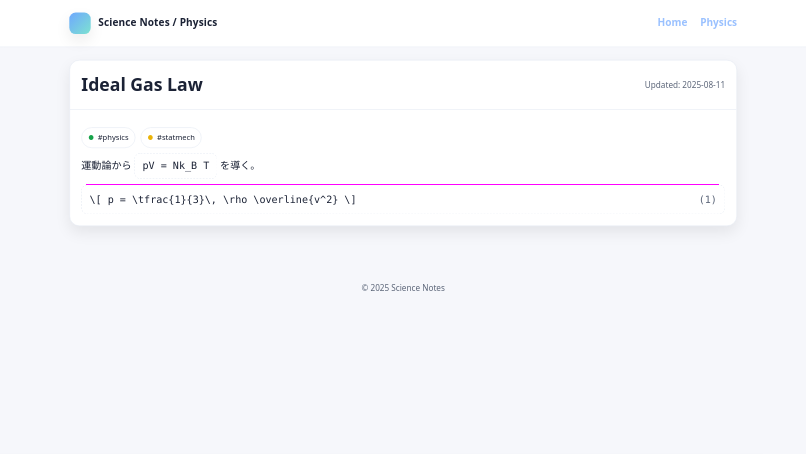
Repository: Riki-Mochimaru/tureduretunedune
Page: physics/index.html
These files come from the project's save history. The page is drawn as it stood at one moment and after the next save; the edit follows.
The browser window is 1280 px wide. The pictures show the whole page, at 63% of full size.

Above is the page before, as saved 2025-08-11 20:01:12.

After the next save:
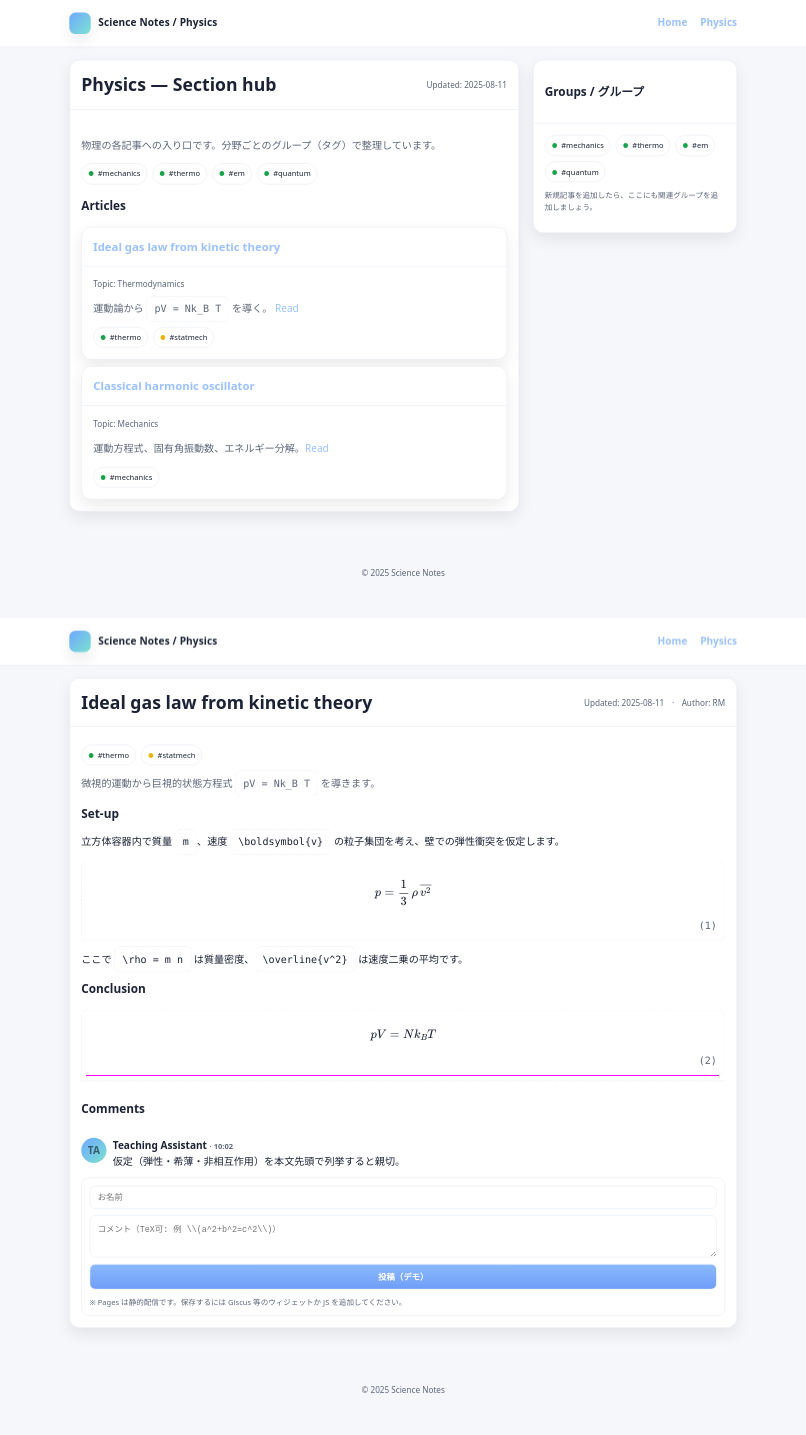
Console error (its wording comes from the project's code and is left out).
Saved 7 min 46 s later.
--- a/physics/index.html
+++ b/physics/index.html
@@ -1,10 +1,15 @@
+<!-- ===============================
+     FILE 1: physics/index.html — Physics section hub
+     Save this as: /physics/index.html
+     (American English in code comments; British English in visible prose.)
+================================== -->
 <!DOCTYPE html>
 <html lang="ja">
 <head>
   <meta charset="utf-8" />
   <meta name="viewport" content="width=device-width, initial-scale=1" />
   <title>Physics — Science Notes</title>
-  <link rel="stylesheet" href="../assets/styles.css"><!-- 親に戻るので ../ -->
+  <link rel="stylesheet" href="../assets/styles.css"><!-- shared CSS -->
 </head>
 <body>
   <header class="site">
@@ -18,26 +23,143 @@
   </header>
 
   <main class="shell">
+    <section class="grid" aria-label="Physics articles and sidebar">
+      <div>
+        <article class="card post">
+          <div class="hd">
+            <h2>Physics — Section hub</h2>
+            <div class="meta"><span>Updated: <time datetime="2025-08-11">2025‑08‑11</time></span></div>
+          </div>
+          <div class="bd">
+            <p class="lead">物理の各記事への入り口です。分野ごとのグループ（タグ）で整理しています。</p>
+            <div class="tags">
+              <span class="tag" data-g="phys">#mechanics</span>
+              <span class="tag" data-g="phys">#thermo</span>
+              <span class="tag" data-g="phys">#em</span>
+              <span class="tag" data-g="phys">#quantum</span>
+            </div>
+
+            <!-- Article list (add more <article> blocks or <li> items) -->
+            <h3>Articles</h3>
+            <div class="list">
+              <article class="card">
+                <div class="hd"><h2 style="font-size:18px; margin:0;">
+                  <a href="ideal-gas-law/">Ideal gas law from kinetic theory</a>
+                </h2></div>
+                <div class="bd">
+                  <div class="meta"><span>Topic: Thermodynamics</span></div>
+                  <p class="lead">運動論から <span class="math">pV = Nk_B T</span> を導く。
+                    <a href="ideal-gas-law/">Read</a></p>
+                  <div class="tags"><span class="tag" data-g="phys">#thermo</span><span class="tag" data-g="stats">#statmech</span></div>
+                </div>
+              </article>
+
+              <article class="card">
+                <div class="hd"><h2 style="font-size:18px; margin:0;">
+                  <a href="harmonic-oscillator/">Classical harmonic oscillator</a>
+                </h2></div>
+                <div class="bd">
+                  <div class="meta"><span>Topic: Mechanics</span></div>
+                  <p class="lead">運動方程式、固有角振動数、エネルギー分解。<a href="harmonic-oscillator/">Read</a></p>
+                  <div class="tags"><span class="tag" data-g="phys">#mechanics</span></div>
+                </div>
+              </article>
+            </div>
+          </div>
+        </article>
+      </div>
+
+      <aside class="aside">
+        <section class="card">
+          <div class="hd"><h3>Groups / グループ</h3></div>
+          <div class="bd">
+            <div class="tags">
+              <span class="tag" data-g="phys">#mechanics</span>
+              <span class="tag" data-g="phys">#thermo</span>
+              <span class="tag" data-g="phys">#em</span>
+              <span class="tag" data-g="phys">#quantum</span>
+            </div>
+            <p class="hint">新規記事を追加したら、ここにも関連グループを追加しましょう。</p>
+          </div>
+        </section>
+      </aside>
+    </section>
+  </main>
+
+  <footer class="site"><div class="shell">© 2025 Science Notes</div></footer>
+
+  <!-- MathJax (enable TeX rendering if you use TeX on this page) -->
+  <script>
+    window.MathJax = { tex: { inlineMath: [['$','$'], ['\\(','\\)']], displayMath: [['$$','$$'], ['\\[','\\]']] }, options: { renderActions: { addMenu: [] } } };
+  </script>
+  <script src="https://cdn.jsdelivr.net/npm/mathjax@3/es5/tex-mml-chtml.js" async></script>
+</body>
+</html>
+
+
+<!-- ===============================
+     FILE 2: physics/ideal-gas-law/index.html — Example physics article
+     Save this as: /physics/ideal-gas-law/index.html
+================================== -->
+<!DOCTYPE html>
+<html lang="ja">
+<head>
+  <meta charset="utf-8" />
+  <meta name="viewport" content="width=device-width, initial-scale=1" />
+  <title>Ideal Gas Law — Physics — Science Notes</title>
+  <link rel="stylesheet" href="../../assets/styles.css"><!-- note the two-level path -->
+</head>
+<body>
+  <header class="site">
+    <div class="shell row">
+      <div class="brand"><div class="brand-badge"></div><div>Science Notes / Physics</div></div>
+      <nav>
+        <a href="../../">Home</a>
+        <a href="../">Physics</a>
+      </nav>
+    </div>
+  </header>
+
+  <main class="shell">
     <article class="card post">
       <div class="hd">
-        <h2>Ideal Gas Law</h2>
-        <div class="meta"><span>Updated: <time datetime="2025-08-11">2025-08-11</time></span></div>
+        <h2>Ideal gas law from kinetic theory</h2>
+        <div class="meta"><span>Updated: <time datetime="2025-08-11">2025‑08‑11</time></span> · <span>Author: RM</span></div>
       </div>
       <div class="bd">
-        <div class="tags"><span class="tag" data-g="phys">#physics</span><span class="tag" data-g="stats">#statmech</span></div>
-        <p>運動論から <span class="math">pV = Nk_B T</span> を導く。</p>
-        <div class="math">\\[ p = \\tfrac{1}{3}\\, \\rho \\overline{v^2} \\] <span class="eqno">(1)</span></div>
+        <div class="tags"><span class="tag" data-g="phys">#thermo</span><span class="tag" data-g="stats">#statmech</span></div>
+        <p class="lead">微視的運動から巨視的状態方程式 <span class="math">pV = Nk_B T</span> を導きます。</p>
+
+        <h3>Set‑up</h3>
+        <p>立方体容器内で質量 <span class="math">m</span>、速度 <span class="math">\boldsymbol{v}</span> の粒子集団を考え、壁での弾性衝突を仮定します。</p>
+
+        <div class="math">\[ p = \frac{1}{3}\, \rho \, \overline{v^2} \] <span class="eqno">(1)</span></div>
+        <p>ここで <span class="math">\rho = m n</span> は質量密度、<span class="math">\overline{v^2}</span> は速度二乗の平均です。</p>
+
+        <h3>Conclusion</h3>
+        <div class="math">\[ pV = N k_B T \] <span class="eqno">(2)</span></div>
+
+        <!-- Optional comment widget area (swap your local UI or add Giscus) -->
+        <section class="comments">
+          <h3>Comments</h3>
+          <div class="comment"><div class="avatar">TA</div><div><div class="who">Teaching Assistant <span class="when">· 10:02</span></div><div>仮定（弾性・希薄・非相互作用）を本文先頭で列挙すると親切。</div></div></div>
+          <!-- Placeholder form (non-functional in static HTML) -->
+          <form class="form" action="#" method="post">
+            <input class="input" name="who" placeholder="お名前" required>
+            <textarea class="textarea" name="body" rows="3" placeholder="コメント（TeX可: 例 \\(a^2+b^2=c^2\\)）" required></textarea>
+            <button class="btn" type="button" aria-disabled="true">投稿（デモ）</button>
+            <div class="hint">※ Pages は静的配信です。保存するには Giscus 等のウィジェットか JS を追加してください。</div>
+          </form>
+        </section>
       </div>
     </article>
   </main>
 
   <footer class="site"><div class="shell">© 2025 Science Notes</div></footer>
 
+  <!-- MathJax (TeX rendering) -->
   <script>
-    window.MathJax = {
-      tex: { inlineMath: [['$','$'], ['\\(','\\)']], displayMath: [['$$','$$'], ['\\[','\\]']] },
-      options: { renderActions: { addMenu: [] } }
-    };
+    window.MathJax = { tex: { inlineMath: [['$','$'], ['\\(','\\)']], displayMath: [['$$','$$'], ['\\[','\\]']] }, options: { renderActions: { addMenu: [] } } };
   </script>
   <script src="https://cdn.jsdelivr.net/npm/mathjax@3/es5/tex-mml-chtml.js" async></script>
 </body>

After the 2 saves that followed:
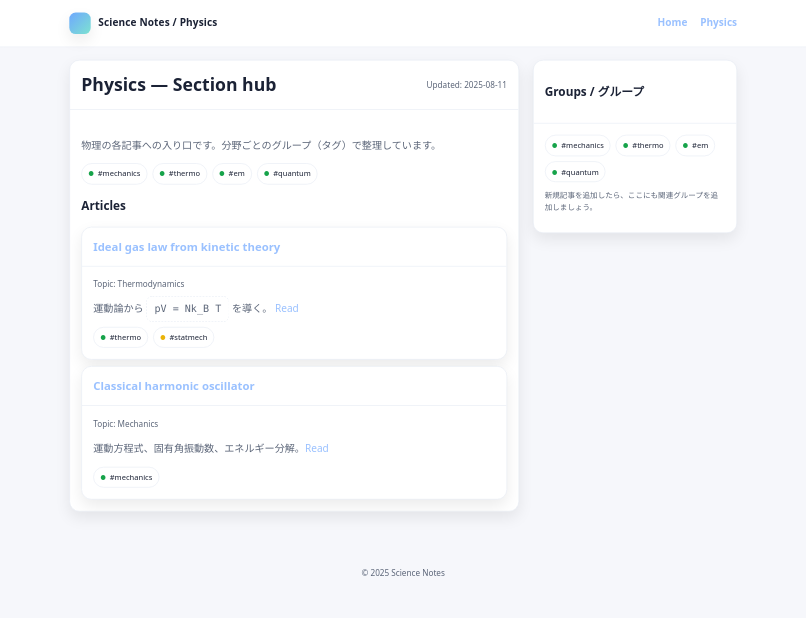
The error is gone.
The 2 saves are shown as one change because they came seconds apart.
The last was saved 87 s later.
--- a/physics/index.html
+++ b/physics/index.html
@@ -95,72 +95,3 @@
   <script src="https://cdn.jsdelivr.net/npm/mathjax@3/es5/tex-mml-chtml.js" async></script>
 </body>
 </html>
-
-
-<!-- ===============================
-     FILE 2: physics/ideal-gas-law/index.html — Example physics article
-     Save this as: /physics/ideal-gas-law/index.html
-================================== -->
-<!DOCTYPE html>
-<html lang="ja">
-<head>
-  <meta charset="utf-8" />
-  <meta name="viewport" content="width=device-width, initial-scale=1" />
-  <title>Ideal Gas Law — Physics — Science Notes</title>
-  <link rel="stylesheet" href="../../assets/styles.css"><!-- note the two-level path -->
-</head>
-<body>
-  <header class="site">
-    <div class="shell row">
-      <div class="brand"><div class="brand-badge"></div><div>Science Notes / Physics</div></div>
-      <nav>
-        <a href="../../">Home</a>
-        <a href="../">Physics</a>
-      </nav>
-    </div>
-  </header>
-
-  <main class="shell">
-    <article class="card post">
-      <div class="hd">
-        <h2>Ideal gas law from kinetic theory</h2>
-        <div class="meta"><span>Updated: <time datetime="2025-08-11">2025‑08‑11</time></span> · <span>Author: RM</span></div>
-      </div>
-      <div class="bd">
-        <div class="tags"><span class="tag" data-g="phys">#thermo</span><span class="tag" data-g="stats">#statmech</span></div>
-        <p class="lead">微視的運動から巨視的状態方程式 <span class="math">pV = Nk_B T</span> を導きます。</p>
-
-        <h3>Set‑up</h3>
-        <p>立方体容器内で質量 <span class="math">m</span>、速度 <span class="math">\boldsymbol{v}</span> の粒子集団を考え、壁での弾性衝突を仮定します。</p>
-
-        <div class="math">\[ p = \frac{1}{3}\, \rho \, \overline{v^2} \] <span class="eqno">(1)</span></div>
-        <p>ここで <span class="math">\rho = m n</span> は質量密度、<span class="math">\overline{v^2}</span> は速度二乗の平均です。</p>
-
-        <h3>Conclusion</h3>
-        <div class="math">\[ pV = N k_B T \] <span class="eqno">(2)</span></div>
-
-        <!-- Optional comment widget area (swap your local UI or add Giscus) -->
-        <section class="comments">
-          <h3>Comments</h3>
-          <div class="comment"><div class="avatar">TA</div><div><div class="who">Teaching Assistant <span class="when">· 10:02</span></div><div>仮定（弾性・希薄・非相互作用）を本文先頭で列挙すると親切。</div></div></div>
-          <!-- Placeholder form (non-functional in static HTML) -->
-          <form class="form" action="#" method="post">
-            <input class="input" name="who" placeholder="お名前" required>
-            <textarea class="textarea" name="body" rows="3" placeholder="コメント（TeX可: 例 \\(a^2+b^2=c^2\\)）" required></textarea>
-            <button class="btn" type="button" aria-disabled="true">投稿（デモ）</button>
-            <div class="hint">※ Pages は静的配信です。保存するには Giscus 等のウィジェットか JS を追加してください。</div>
-          </form>
-        </section>
-      </div>
-    </article>
-  </main>
-
-  <footer class="site"><div class="shell">© 2025 Science Notes</div></footer>
-
-  <!-- MathJax (TeX rendering) -->
-  <script>
-    window.MathJax = { tex: { inlineMath: [['$','$'], ['\\(','\\)']], displayMath: [['$$','$$'], ['\\[','\\]']] }, options: { renderActions: { addMenu: [] } } };
-  </script>
-  <script src="https://cdn.jsdelivr.net/npm/mathjax@3/es5/tex-mml-chtml.js" async></script>
-</body>
-</html>
